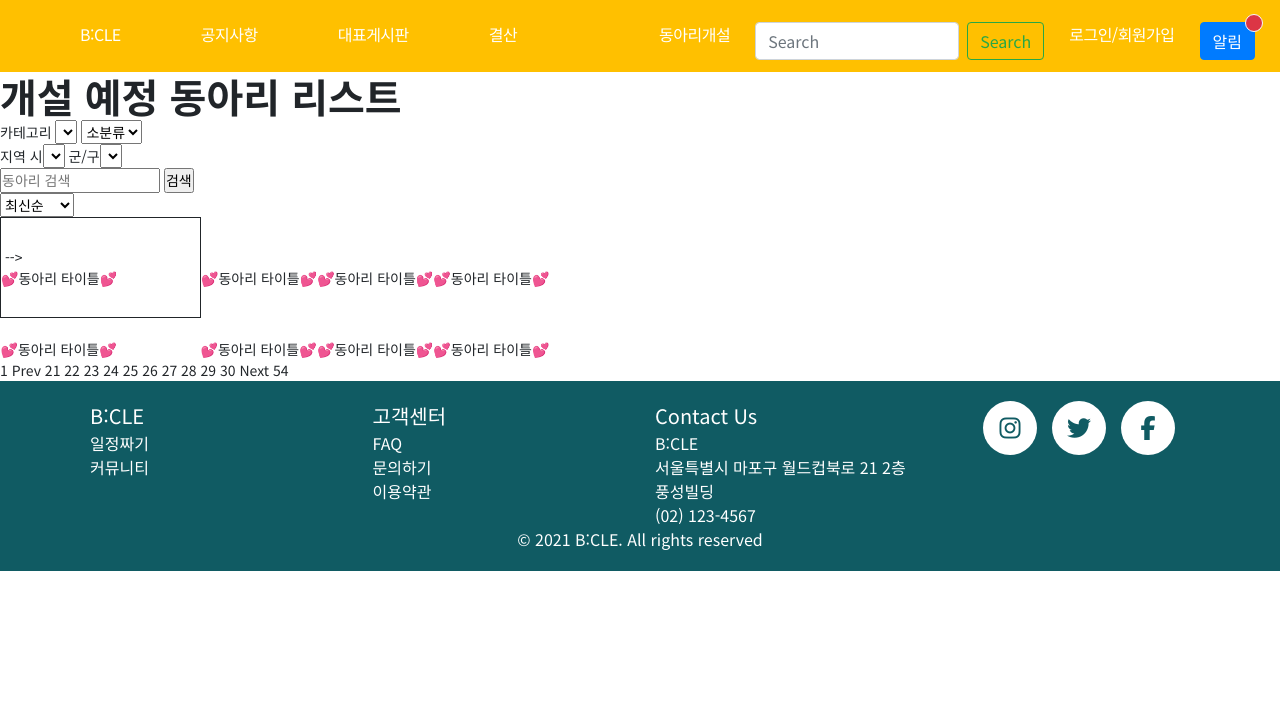
Repository: CHAEYUN7074/SpringProject_Bcle
Page: http://localhost/Bcle/ClubBeforeOpenedList.jsp
The author's editor kept a copy of each file at every save. The page is drawn from the files as they stood at one save, then again after the next save.
The browser window is 1280 px wide. The pictures show the whole page.
Some web fonts or font styles are not loaded; a fallback is used. Some web libraries are served in a nearby version. The page is served by Tomcat 9. The template is opened directly, without the code that normally fills it, so the values that code supplies are empty.

Above is the page before, as saved 2021-12-18 08:24:10.
Console error (its wording comes from the project's code and is left out).

### Bcle/WebContent/ClubBeforeOpenedList.jsp
<%@ page contentType="text/html; charset=UTF-8"%>
<%@ taglib prefix="c" uri="http://java.sun.com/jsp/jstl/core"%>
<%
	request.setCharacterEncoding("UTF-8");
String cp = request.getContextPath();
%>
<!DOCTYPE html>
<html>
<head>
<meta charset="UTF-8">
<title>ClubBeforeOpenedList.jsp</title>
<style>
.box {
    width: 30px;
    height: 30px;
    border-radius: 70%;
    overflow: hidden;
}
.profile {
    width: 100%;
    height: 100%;
    object-fit: cover;
}
</style>
</head>
<body>
	<!--
ClubBeforeOpenedList.jsp
- 메인화면(로그인 전) 페이지 2 -⑤ 회원 모집 동아리 리스트
 -->
	<div class="wrap">
		<!-- nav 영역 -->
		<div>
			<c:import url="nav.jsp"></c:import>
		</div>

		<!-- 컨텐츠영역 -->
		<div>
			<h1>개설 예정 동아리 리스트</h1>
		</div>

		<div>

			<from>
			<div>
				카테고리 <select id="category_L_Id" name="category_L_Id">
					<c:forEach var="category" items="${categoryLList }">
						<option value="${category.category_l_id }">${category.l_cat }</option>
					</c:forEach>
				</select> <select id="category_s_id" name="category_s_id">
					<option value="" selected="selected">소분류</option>

				</select>
			</div>


			<div>

				지역 시<select id="region_L_ID" name="region_L_Id">
					<c:forEach var="region" items="${regionLList }">
						<option value="${region.region_l_id }">${region.city}</option>
					</c:forEach>

				</select> 군/구<select id="region_S_ID" name="region_S_Id">


				</select>
			</div>




			<div>
				<input type="text" placeholder="동아리 검색" class="search" /> <input
					type="button" value="검색" id="searchbutton">
			</div>
			</from>
		</div>
		<form>
		<div>
			<select>
				<!-- 동아리 정렬 방법 -->
				<option value="1" selected="selected">최신순</option>
				<option value="2">오래된순</option>
				<option value="3">회원수</option>
			</select><br>
		</div>
		</form>

		<div>
			<!-- 동아리 목록 -->
			<table>
				<tr>
					<td style="border: 1px solid; width: 200px; height: 100px;">
						<a href=""><img src="" class="clubpic"> -->
							<br> <span>💕동아리 타이틀💕</span>
					</a>
					</td>
					<td><a href=""> <!-- <img src="images/pic1.jpg" class="clubpic"> -->
							<br> <span>💕동아리 타이틀💕</span>
					</a></td>
					<td><a href=""> <!-- <img src="images/pic1.jpg" class="clubpic"> -->
							<br> <span>💕동아리 타이틀💕</span>
					</a></td>
					<td><a href=""> <!-- <img src="images/pic1.jpg" class="clubpic"> -->
							<br> <span>💕동아리 타이틀💕</span>
					</a></td>
				</tr>
				<tr>
					<td><a href=""> <!-- <img src="images/pic1.jpg" class="clubpic"> -->
							<br> <span>💕동아리 타이틀💕</span>
					</a></td>
					<td><a href=""> <!-- <img src="images/pic1.jpg" class="clubpic"> -->
							<br> <span>💕동아리 타이틀💕</span>
					</a></td>
					<td><a href=""> <!-- <img src="images/pic1.jpg" class="clubpic"> -->
							<br> <span>💕동아리 타이틀💕</span>
					</a></td>
					<td><a href=""> <!-- <img src="images/pic1.jpg" class="clubpic"> -->
							<br> <span>💕동아리 타이틀💕</span>
					</a></td>
				</tr>

			</table>
		</div>

		<div>
			<p>1 Prev 21 22 23 24 25 26 27 28 29 30 Next 54</p>
		</div>


		<!-- 풋터영역 -->
		<div>
			<c:import url="footer.jsp"></c:import>
		</div>

	</div>



</body>
</html>

### Bcle/WebContent/nav.jsp
<%@ page contentType="text/html; charset=UTF-8"%>
<%@ taglib prefix="c" uri="http://java.sun.com/jsp/jstl/core"%>
<%
	request.setCharacterEncoding("UTF-8");
String cp = request.getContextPath();
%>
<!DOCTYPE html>
<html lang="ko">
<head>
<meta charset="UTF-8">
<meta name="viewport" content="width=device-width, initial-scale=1">
<title>B:CLE</title>
<!-- <link rel="stylesheet" href="css/main.css"> -->
<link rel="stylesheet" href="css/font-awesome.min.css">
<link
	href="https://cdn.jsdelivr.net/npm/bootstrap@5.1.3/dist/css/bootstrap.min.css"
	rel="stylesheet"
	integrity="sha384-1BmE4kWBq78iYhFldvKuhfTAU6auU8tT94WrHftjDbrCEXSU1oBoqyl2QvZ6jIW3"
	crossorigin="anonymous">

<style>
@import
	url('https://fonts.googleapis.com/css?family=Exo+2|Noto+Sans+KR&display=swap')
	;
/*reset*/
* {
	margin: 0;
	padding: 0;
}
body {
	margin: 0;
}
h1, h2, h3, h4, h5, h6, p, ul, ol, li, dl, dt, dd {
	margin: 0;
	padding: 0;
}
h1, h2, h3, h4, h5, h6 {
	font-weight: 700;
	font-size: inherit;
}
a {
	color: inherit;
	text-decoration: inherit;
}
img {
	vertical-align: middle;
}
a img {
	border: none;
}
li {
	list-style: none;
}
address, em, i, ul {
	font-style: normal;
}
.mo {
	display: none;
}
body {
	font-family: 'Noto Sans KR', sans-serif;
	font-size: 14px;
}
header {
	font-family: 'Noto Sans KR', sans-serif;
	letter-spacing: -0.5px;
	background: rgb(255, 192, 0);
	color: white;
	height: 10vh;
	width: 100%;
	position: relative;
	margin-top: -20px;
}
.mainHeader {
	width: 100%;
	margin-top: 20px;
	box-sizing: border-box;
	vertical-align: center;
}
.mainHeader .gnbMo {
	display: none;
}
.mainHeader .gnb {
	float: left;
	margin-left: 80px;
	margin-top: 3vh;
}
.mainHeader .gnb li {
	float: left;
	margin-right: 80px;
}
.mainHeader .gnb li a {
	display: block;
	width: 100%;
	height: 100%;
	text-align: center;
	color: #fff;
	font-size: 16px;
	text-decoration-line: none;
}
.mainHeader .gnb li a:hover, .mainHeader .gnb li a:focus {
	color: #ff8342;
}
.mainHeader .tnb {
	float: right;
	margin-top: 3vh;
}
.mainHeader .tnb li {
	float: left;
	margin-right: 25px;
}
.mainHeader .tnb li a {
	display: block;
	width: 100%;
	height: 100%;
	text-align: center;
	font-size: 16px;
	color: #fff;
	text-decoration-line: none;
}
.mainHeader .tnb li:nth-child(1) a i, .mainHeader .tnb li:nth-child(2) a i
	{
	font-size: 20px;
	margin-right: 8px;
}
.mainHeader .tnb li:last-child a {
	display: block;
	width: 105px;
	line-height: 2;
	border: 1px solid #fff;
	border-radius: 30px;
	margin-top: 35px;
}
.mainHeader .tnb li:last-child a i {
	margin-left: 5px;
}
.mainHeader .tnb li:last-child a:hover {
	background: #fff;
	color: #ff8342;
	transition: all 0.3s;
}
.btn-primary {
    color: #fff;
    background-color: #105b63;
    border-color: #105b63;
}
</style>


</head>
<body>

	<c:choose>
		<c:when test="${!empty id }">
			<header>
				<div class="mainHeader">
					<nav class="gnb">
						<ul>
							<li><a href="#">B:CLE</a></li>
							<li><a href="#">공지사항</a></li>
							<li><a href="#">대표게시판</a></li>
							<li><a href="#">결산</a></li>
						</ul>
					</nav>
					<nav class="tnb">
						<ul>

							<li><a href="clubinsertform.action">동아리개설</a></li>

							<li>
								<form class="d-flex">
									<input class="form-control me-2" type="search"
										placeholder="Search" aria-label="Search">
									<button class="btn btn-outline-success" type="submit">Search</button>
								</form>
							</li>



							<!-- 값을 넘겨보려 시도했는데 실패...ㅠ 다시 해볼게요 - 현정 -->
							<li><a href="#">마이페이지</a></li>
							<li><button type="button"
									class="btn btn-primary position-relative">
									알림 <span
										class="position-absolute top-0 start-100 translate-middle p-2 bg-danger border border-light rounded-circle">
										<span class="visually-hidden">New alerts</span>
									</span>
								</button></li>
							<li><a href="logout.action">로그아웃</a></li>
						</ul>
					</nav>
					<nav class="gnbMo">
						<a href="#"><i class="fa fa-bars" aria-hidden="true"></i></a>
					</nav>
				</div>
			</header>
		</c:when>
		<c:otherwise>
			<header>
				<div class="mainHeader">
					<nav class="gnb">
						<ul>
							<li><a href="#">B:CLE</a></li>
							<li><a href="#">공지사항</a></li>
							<li><a href="#">대표게시판</a></li>
							<li><a href="#">결산</a></li>
						</ul>
					</nav>
					<nav class="tnb">
						<ul>

							<li><a href="clubinsertform.action">동아리개설</a></li>

							<li>
								<form class="d-flex">
									<input class="form-control me-2" type="search"
										placeholder="Search" aria-label="Search">
									<button class="btn btn-outline-success" type="submit">Search</button>
								</form>
							</li>




							<li><a href="#"></i>로그인/회원가입</a></li>
							<li><button type="button"
									class="btn btn-primary position-relative">
									알림 <span
										class="position-absolute top-0 start-100 translate-middle p-2 bg-danger border border-light rounded-circle">
										<span class="visually-hidden">New alerts</span>
									</span>
								</button></li>
						</ul>
					</nav>
					<nav class="gnbMo">
						<a href="#"><i class="fa fa-bars" aria-hidden="true"></i></a>
					</nav>
				</div>
			</header>
		</c:otherwise>
	</c:choose>
	<!--header-->




</body>
</html>

<!-- 검색부분에 쓸 부트스트랩 -->
<!--       <form class="d-flex">
        <input class="form-control me-2" type="search" placeholder="Search" aria-label="Search">
        <button class="btn btn-outline-success" type="submit">Search</button>
      </form> -->

### Bcle/WebContent/footer.jsp
<%@ page contentType="text/html; charset=UTF-8"%>
<%@ taglib prefix="c" uri="http://java.sun.com/jsp/jstl/core"%>
<%
	request.setCharacterEncoding("UTF-8");
	String cp = request.getContextPath();
%>
<!DOCTYPE html>
<html>
<head>
<meta charset="utf-8">
<title>B:CLE Footer(예비용)</title>

<link
	href="https://cdn.jsdelivr.net/npm/bootstrap@4.4.1/dist/css/bootstrap.min.css"
	rel="stylesheet">
<script
	src="https://cdn.jsdelivr.net/npm/bootstrap@4.4.1/dist/js/bootstrap.bundle.min.js"></script>
<link rel="preconnect" href="https://fonts.googleapis.com">
<link rel="preconnect" href="https://fonts.gstatic.com">
<link
	href="https://fonts.googleapis.com/css2?family=Noto+Sans+KR:wght@400;700&display=swap"
	rel="stylesheet">
<script src="https://kit.fontawesome.com/dab690a483.js" crossorigin="anonymous"></script>
<style type="text/css">

/*reset*/
* {margin: 0;padding: 0;}
body {margin: 0;}
h1, h2, h3, h4, h5, h6, p, ul, ol, li, dl, dt, dd {margin: 0; padding: 0;}
h1, h2, h3, h4, h5, h6 {font-weight: 700; }
a {color: inherit; text-decoration: inherit;}
img {vertical-align: middle;}
a img {border: none;}
li {list-style: none;}
address, em, i, ul {font-style: normal;}

/*layout*/
.mo {display: none;}
.en {font-family: 'Exo 2', sans-serif;}
body {font-family: 'Noto Sans KR', sans-serif; font-size: 14px;}
.wrap {margin: 0 auto; }

#footer-wrapper
{
	background-color: #105B63;
	font-family: 'Noto Sans KR', sans-serif;
	font-size: 12pt;
	/* position:fixed; */
}
.title
{
	font-family: 'Noto Sans KR', sans-serif;
	font-size: 15pt;
	color: white;
}

.container
{
	padding: 20px;
}

ul
{
   list-style:none;
   padding-left:0px;
}
a.menuitem
{
	text-decoration: none;
	text-align: center;
	color: white;
}
a.menuitem
{
	text-decoration: none;
	text-align: center;
	color: white;
}
a.menuitem:hover
{
	color: #FFD34E;
}

p.menuitem
{
	color: white;
}
.second-box
{
  display: flex;
  justify-content: flex-end;
}

.icon
{
  /* width: 40%; */
  display: flex;
  justify-content: flex-end;
  color: #105B63;
}

.icon-box
{
  width: 54px;
  height: 54px;
  background-color: white;
  border-radius: 50%;
  margin-right: 15px;
  display: flex;
  justify-content: center;
  align-items: center;
}

.icon
{
  font-size: 24px;
}
.icon:hover {
  color: #FFD34E;
}

ul.menu
{
	color: white;
}

</style>

</head>
<body>

<!-- Footer -->
<div id="footer-wrapper">
	<footer id="footer" class="container">
		<div class="row">
			<div class="col-3 col-6-medium col-12-small">

				<!-- Links -->
					<section class="widget links">
						<div class="title">B:CLE</div>
						<ul class="style2">
							<li><a href="#" class="menuitem">일정짜기</a></li>
							<li><a href="mainhome.action" class="menuitem">커뮤니티</a></li>
							<!-- <li><a href="#">Felis varius pellentesque potenti</a></li>
							<li><a href="#">Nullam scelerisque blandit leo</a></li> -->
						</ul>
					</section>

			</div>
			<div class="col-3 col-6-medium col-12-small">

				<!-- Links -->
					<section class="widget links">
						<div class="title">고객센터</div>
						<ul class="style2">
							<li><a href="#" class="menuitem">FAQ</a></li>
							<li><a href="#" class="menuitem">문의하기</a></li>
							<li><a href="#" class="menuitem">이용약관</a></li>
							<!-- <li><a href="#">Felis varius pellentesque potenti</a></li>
							<li><a href="#">Nullam scelerisque blandit leo</a></li> -->
						</ul>
					</section>

			</div>

			<div class="col-3 col-6-medium col-12-small">

				<!-- Contact -->
					<section class="widget contact last">
						<div class="title">Contact Us</div>

						<p class="menuitem">B:CLE<br />
						서울특별시 마포구 월드컵북로 21 2층 풍성빌딩<br />
						(02) 123-4567</p>
					</section>

			</div>

			<div class="col-3 col-6-medium col-12-small">

				<!-- 아이콘 -->
				<!-- <section class="widget contact last icon"> -->
					<div class="second-box">
			              <div class="icon-box">
			                  <i class="fab fa-instagram icon"></i>
			              </div>
			              <div class="icon-box">
			                  <i class="fab fa-twitter icon"></i>
			              </div>
			              <div class="icon-box">
			                  <i class="fab fa-facebook-f icon"></i>
			              </div>
					</div>
				<!-- </section> -->

			</div>

		</div>

		<div class="row">
			<div class="col-12">
				<div id="copyright">
					<ul class="menu" style="text-align: center;">
						<li>&copy; 2021 B:CLE. All rights reserved</li>
					</ul>
				</div>
			</div>
		</div>
	</footer>
</div>

</body>
</html>

After the next save:
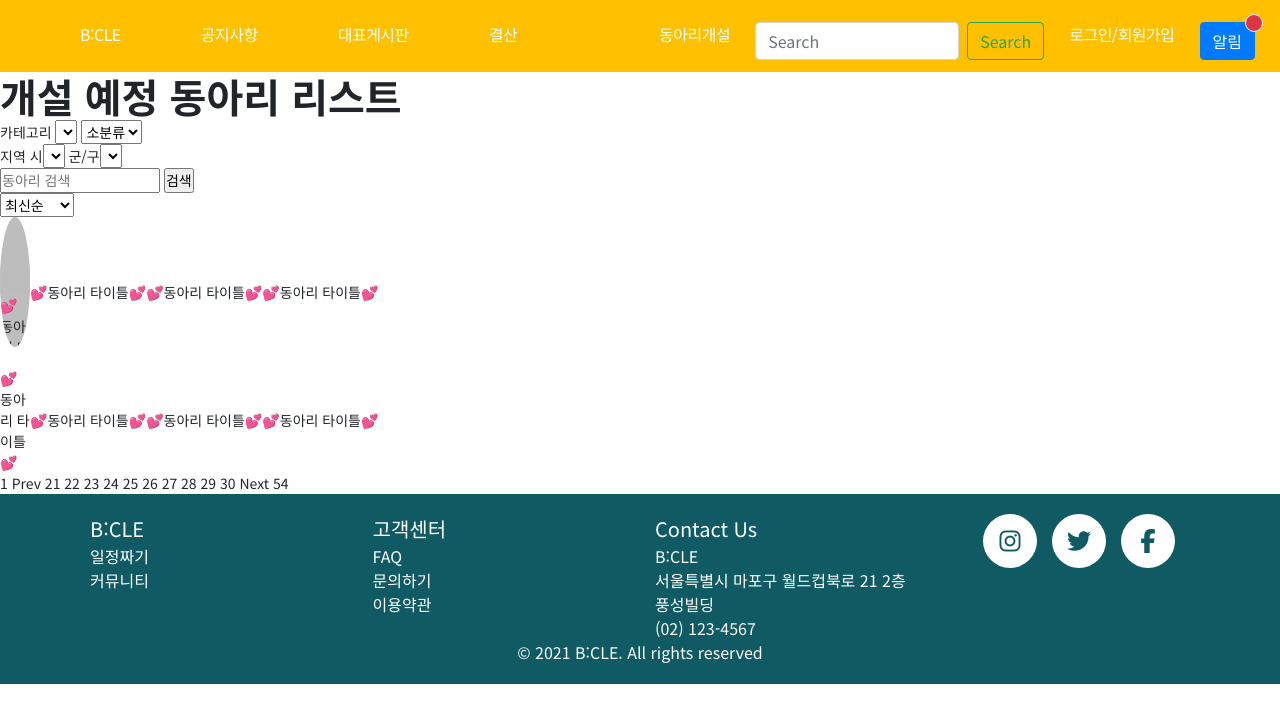
Saved 97 s later.
--- a/Bcle/WebContent/ClubBeforeOpenedList.jsp
+++ b/Bcle/WebContent/ClubBeforeOpenedList.jsp
@@ -91,9 +91,11 @@ ClubBeforeOpenedList.jsp
 			<!-- 동아리 목록 -->
 			<table>
 				<tr>
-					<td style="border: 1px solid; width: 200px; height: 100px;">
-						<a href=""><img src="" class="clubpic"> -->
-							<br> <span>💕동아리 타이틀💕</span>
+					<td class="box" style="background: #BDBDBD;">
+    				<img class="profile" src="">
+    				<br> <span>💕동아리 타이틀💕</span>
+				    </td>
+
 					</a>
 					</td>
 					<td><a href=""> <!-- <img src="images/pic1.jpg" class="clubpic"> -->
